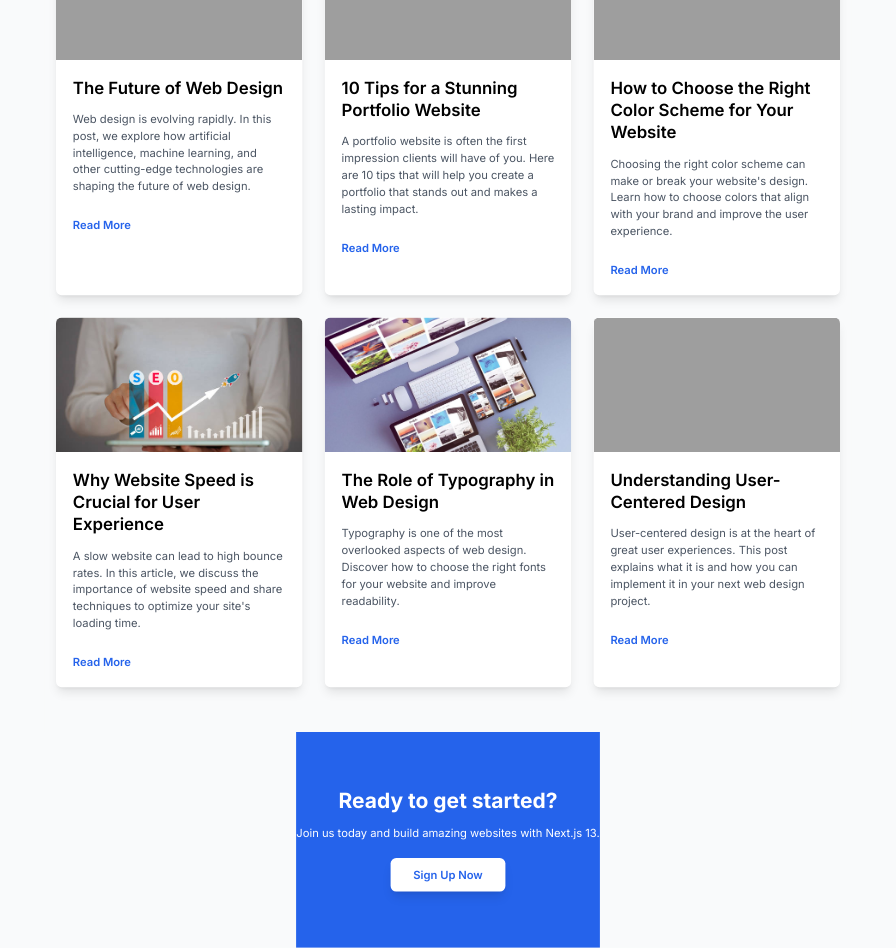
Repository: TheSecretlifeOfX/landing1
Page: /
The author's editor kept a copy of each file at every save. The page is drawn from the files as they stood at one save, then again after the next save.
The browser window is 1280 px wide. The pictures show the part of the page from y = 2814 to 4734 px (the page is 4168 px tall before and 4734 px after), at 70% of full size.
Pictures or frames that could not be fetched are drawn as grey boxes. The project was rebuilt for these pictures with package versions that can differ from the ones it lists, and the page was loaded fresh each time. The framework's server and built-in components were replaced by stand-ins that run in the browser. Also part of the build but not shown: next.config.js.

Above is the page before, as saved 2024-11-14 16:59:09.

### app/layout.tsx
import Link from 'next/link'
import './globals.css'
import type { Metadata } from 'next'
import { Inter } from 'next/font/google'

import Navbar from "@/app/components/Navbar";


const inter = Inter({ subsets: ['latin'] })

export const metadata: Metadata = {
  title: 'Create Next App',
  description: 'Generated by create next app',
}

export default function RootLayout({
  children,
}: {
  children: React.ReactNode
}) {
  return (
    <html lang="en">
      <body className={inter.className}>
      <nav>
        <Navbar />
      </nav>
      {children}</body>
    </html>
  )
}

### app/page.tsx
import HeroSection from "@/app/components/HeroSection";
import FeaturesSection from "@/app/components/FeaturesSection";
import CallToAction from "@/app/components/CallToAction";
import Service from "@/app/components/Service";
import Blog from "@/app/components/Blog";
// app/page.tsx
export default function Home() {
  return (
    <main className="flex flex-col items-center justify-center min-h-screen px-4 bg-gray-50">
      <HeroSection />
      <FeaturesSection />
      <Service />
      <Blog />
      <CallToAction />
    </main>
  );
}

### app/components/Navbar.tsx
// src/components/Navbar.tsx
import React from "react";
import Link from "next/link";
import Image from "next/image";

export default function Navbar() {
  return (
    <nav className="fixed top-0 left-0 w-full bg-gray-800 p-2 text-white shadow-md z-50">
      <div className="container mx-auto flex items-center">
        {/* Logo Section on the Left */}
        <div className="flex items-center mr-10 ml-[-50]">
          <Link href="/">
            <Image
              src="/Images/Logo.png"
              alt="MyBrand Logo"
              width={60}
              height={60}
              className="cursor-pointer"
              priority
            />
          </Link>
        </div>

        {/* Navigation Links Centered */}
        <ul className="flex space-x-4">
          <li>
            <a href="#hero" className="hover:text-gray-400">
              About Me
            </a>
          </li>
          <li>
            <a href="#features" className="hover:text-gray-400">
              Portfolio
            </a>
          </li>
          <li>
            <a href="#service" className="hover:text-gray-400">
              Services
            </a>
          </li>
          <li>
            <a href="#blog" className="hover:text-gray-400">
              Blog
            </a>
          </li>
        </ul>

        {/* "Book A Call" Button on the Right */}
        <ul className="flex items-center ml-auto">
  <li>
    <a
      href="#contact"
      className="flex items-center px-4 py-2 text-white font-semibold rounded-lg hover:bg-gray-700 transition duration-300 underline"
    >
      Book A Call
      <svg
        xmlns="http://www.w3.org/2000/svg"
        viewBox="0 0 24 24"
        fill="none"
        stroke="currentColor"
        strokeWidth="2"
        className="w-5 h-5 ml-2"
      >
        <path
          d="M7 17L17 7M7 7h10v10"
          strokeLinecap="round"
          strokeLinejoin="round"
        />
      </svg>
    </a>
  </li>
</ul>
      </div>
    </nav>
  );
}

### app/components/HeroSection.tsx
// components/HeroSection.tsx
export default function HeroSection() {
  return (
    <section
      id="hero"
      className="w-full py-32 bg-white-600 text-gray-600 flex flex-col items-center justify-center mt-20"
    >
      <h1 className="text-5xl font-bold mb-8">About Me</h1>
      <p className="text-xl mb-12 max-w-3xl text-center">
        I'm a passionate web developer who builds modern, responsive websites with Next.js and other cutting-edge technologies.
      </p>

      {/* About Me Cards */}
      <div className="grid grid-cols-1 sm:grid-cols-2 lg:grid-cols-3 gap-8 px-4">
        {/* Card 1 - Bio */}
        <div className="bg-gray-400 text-black-600 rounded-lg shadow-lg p-6 hover:shadow-xl transition duration-300">
          <h3 className="text-2xl font-semibold mb-4">Bio</h3>
          <p className="text-lg">
            I'm a self-taught developer with a passion for learning and building. With a strong foundation in JavaScript and React, I enjoy turning ideas into functional and beautiful websites.
          </p>
        </div>

        {/* Card 2 - Skills */}
        <div className="bg-gray-400 text-black-600 rounded-lg shadow-lg p-6 hover:shadow-xl transition duration-300">
          <h3 className="text-2xl font-semibold mb-4">Skills</h3>
          <ul className="text-lg list-disc pl-5">
            <li>JavaScript / TypeScript</li>
            <li>React / Next.js</li>
            <li>HTML & CSS</li>
            <li>Node.js</li>
            <li>Tailwind CSS</li>
          </ul>
        </div>

        {/* Card 3 - Experience */}
        <div className="bg-gray-400 text-black-600 rounded-lg shadow-lg p-6 hover:shadow-xl transition duration-300">
          <h3 className="text-2xl font-semibold mb-4">Experience</h3>
          <p className="text-lg">
            Over the past 3 years, I have worked on various web development projects, building both front-end and back-end solutions. My experience spans across freelancing, contributing to open-source, and working in teams.
          </p>
        </div>
      </div>
    </section>
  );
}

### app/components/FeaturesSection.tsx
// components/FeaturesSection.tsx
export default function FeaturesSection() {
  return (
    <section id="features" className="py-16 bg-gray-50">
      <div className="max-w-6xl mx-auto px-4">
        <h2 className="text-3xl font-bold text-center mb-12">My Portfolio</h2>
        <div className="grid grid-cols-1 sm:grid-cols-2 lg:grid-cols-3 gap-8">
          {/* Project 1 */}
          <Project
            title="Project One"
            description="A modern website built with React and Next.js."
            imageSrc="/path/to/image1.jpg"
            link="#"
          />
          {/* Project 2 */}
          <Project
            title="Project Two"
            description="E-commerce site with full payment integration."
            imageSrc="/path/to/image2.jpg"
            link="#"
          />
          {/* Project 3 */}
          <Project
            title="Project Three"
            description="A mobile app interface designed with Flutter."
            imageSrc="/path/to/image3.jpg"
            link="#"
          />
          {/* Project 4 */}
          <Project
            title="Project Four"
            description="A personal blog with SEO optimization and markdown support."
            imageSrc="/path/to/image4.jpg"
            link="#"
          />
          {/* Project 5 */}
          <Project
            title="Project Five"
            description="A portfolio website with smooth animations."
            imageSrc="/path/to/image5.jpg"
            link="#"
          />
          {/* Project 6 */}
          <Project
            title="Project Six"
            description="A social networking app with real-time messaging."
            imageSrc="/path/to/image6.jpg"
            link="#"
          />
        </div>
      </div>
    </section>
  );
}

function Project({
  title,
  description,
  imageSrc,
  link,
}: {
  title: string;
  description: string;
  imageSrc: string;
  link: string;
}) {
  return (
    <div className="bg-white rounded-lg shadow-lg overflow-hidden">
      <img src={imageSrc} alt={title} className="w-full h-48 object-cover" />
      <div className="p-6">
        <h3 className="text-xl font-semibold mb-2">{title}</h3>
        <p className="text-gray-600 mb-4">{description}</p>
        <a
          href={link}
          className=" text-blue-600 hover:text-blue-800 font-semibold flex items-center"
        >
          View Project
          <svg
            xmlns="http://www.w3.org/2000/svg"
            viewBox="0 0 24 24"
            fill="none"
            stroke="currentColor"
            strokeWidth="2"
            className="w-5 h-5 ml-2 transform rotate-45"
          >
            <path
              d="M7 17L17 7M7 7h10v10"
              strokeLinecap="round"
              strokeLinejoin="round"
            />
          </svg>
        </a>
      </div>
    </div>
  );
}

### app/components/CallToAction.tsx
// components/CallToAction.tsx
export default function CallToAction() {
    return (
      <section id="contact" className="py-20 text-center bg-blue-600 text-white">
        <h2 className="text-3xl font-bold mb-4">Ready to get started?</h2>
        <p className="mb-6">Join us today and build amazing websites with Next.js 13.</p>
        <button className="px-8 py-3 bg-white text-blue-600 font-semibold rounded-lg shadow-lg hover:bg-gray-100">
          Sign Up Now
        </button>
      </section>
    );
  }

### app/components/Service.tsx
import React from 'react';

export default function Service() {
  return (
    <section id="service" className="py-16 bg-gray-50">
      <div className="max-w-6xl mx-auto px-4">
        <h2 className="text-3xl font-bold text-center mb-12">Our Web Design Services</h2>
        <div className="grid grid-cols-1 sm:grid-cols-2 lg:grid-cols-3 gap-8">
          {/* Service 1: Custom Web Design */}
          <div className="bg-white rounded-lg shadow-lg p-6 text-center">
            <div className="text-blue-600 mb-4">
              <svg
                xmlns="http://www.w3.org/2000/svg"
                viewBox="0 0 24 24"
                fill="none"
                stroke="currentColor"
                strokeWidth="2"
                className="w-12 h-12 mx-auto"
              >
                <path
                  d="M9 14l3 3l3-3m-3-4v8m6-4v8M3 12v8m18-8H3"
                  strokeLinecap="round"
                  strokeLinejoin="round"
                />
              </svg>
            </div>
            <h3 className="text-2xl font-semibold mb-4">Custom Web Design</h3>
            <p className="text-gray-600">
              We create visually stunning websites tailored to your brand and needs. Our designs are both aesthetic and user-friendly, ensuring a seamless experience for visitors.
            </p>
          </div>

          {/* Service 2: Responsive Web Design */}
          <div className="bg-white rounded-lg shadow-lg p-6 text-center">
            <div className="text-blue-600 mb-4">
              <svg
                xmlns="http://www.w3.org/2000/svg"
                viewBox="0 0 24 24"
                fill="none"
                stroke="currentColor"
                strokeWidth="2"
                className="w-12 h-12 mx-auto"
              >
                <path
                  d="M4 6h16M4 12h16M4 18h16"
                  strokeLinecap="round"
                  strokeLinejoin="round"
                />
              </svg>
            </div>
            <h3 className="text-2xl font-semibold mb-4">Responsive Web Design</h3>
            <p className="text-gray-600">
              We ensure your website is optimized for all devices, providing a smooth browsing experience whether it's on a phone, tablet, or desktop.
            </p>
          </div>

          {/* Service 3: E-commerce Web Design */}
          <div className="bg-white rounded-lg shadow-lg p-6 text-center">
            <div className="text-blue-600 mb-4">
              <svg
                xmlns="http://www.w3.org/2000/svg"
                viewBox="0 0 24 24"
                fill="none"
                stroke="currentColor"
                strokeWidth="2"
                className="w-12 h-12 mx-auto"
              >
                <path
                  d="M3 3h18v18H3V3zM10 7h4v10h-4z"
                  strokeLinecap="round"
                  strokeLinejoin="round"
                />
              </svg>
            </div>
            <h3 className="text-2xl font-semibold mb-4">E-commerce Web Design</h3>
            <p className="text-gray-600">
              Our team specializes in creating intuitive, functional, and secure e-commerce websites that provide a smooth shopping experience for your customers.
            </p>
          </div>

          {/* Service 4: UI/UX Design */}
          <div className="bg-white rounded-lg shadow-lg p-6 text-center">
            <div className="text-blue-600 mb-4">
              <svg
                xmlns="http://www.w3.org/2000/svg"
                viewBox="0 0 24 24"
                fill="none"
                stroke="currentColor"
                strokeWidth="2"
                className="w-12 h-12 mx-auto"
              >
                <path
                  d="M12 2v20m-8-8l8 8l8-8"
                  strokeLinecap="round"
                  strokeLinejoin="round"
                />
              </svg>
            </div>
            <h3 className="text-2xl font-semibold mb-4">UI/UX Design</h3>
            <p className="text-gray-600">
              We focus on user experience and interface design to ensure your website or application is intuitive, easy to navigate, and provides a seamless user experience.
            </p>
          </div>

          {/* Service 5: Website Redesign */}
          <div className="bg-white rounded-lg shadow-lg p-6 text-center">
            <div className="text-blue-600 mb-4">
              <svg
                xmlns="http://www.w3.org/2000/svg"
                viewBox="0 0 24 24"
                fill="none"
                stroke="currentColor"
                strokeWidth="2"
                className="w-12 h-12 mx-auto"
              >
                <path
                  d="M21 10l-7-7l-7 7m7-7v14"
                  strokeLinecap="round"
                  strokeLinejoin="round"
                />
              </svg>
            </div>
            <h3 className="text-2xl font-semibold mb-4">Website Redesign</h3>
            <p className="text-gray-600">
              Give your existing website a fresh new look with a complete redesign. We modernize your site to improve functionality, aesthetics, and overall performance.
            </p>
          </div>

          {/* Service 6: WordPress Web Design */}
          <div className="bg-white rounded-lg shadow-lg p-6 text-center">
            <div className="text-blue-600 mb-4">
              <svg
                xmlns="http://www.w3.org/2000/svg"
                viewBox="0 0 24 24"
                fill="none"
                stroke="currentColor"
                strokeWidth="2"
                className="w-12 h-12 mx-auto"
              >
                <path
                  d="M9 3h6v18H9V3zm-6 9h18"
                  strokeLinecap="round"
                  strokeLinejoin="round"
                />
              </svg>
            </div>
            <h3 className="text-2xl font-semibold mb-4">WordPress Web Design</h3>
            <p className="text-gray-600">
              We create custom WordPress websites that are both easy to manage and visually appealing. Get a fully customized site that reflects your brand’s personality.
            </p>
          </div>
        </div>
      </div>
    </section>
  );
}

### app/components/Blog.tsx
import React from 'react';

export default function Blog() {
  return (
    <section id="blog" className="py-16 bg-gray-50">
      <div className="max-w-6xl mx-auto px-4">
        <h2 className="text-3xl font-bold text-center mb-12">Latest Blog Posts</h2>
        <div className="grid grid-cols-1 sm:grid-cols-2 lg:grid-cols-3 gap-8">
          {/* Blog Post 1 */}
          <div className="bg-white rounded-lg shadow-lg overflow-hidden transform transition-transform hover:scale-105 hover:rotate-3">
            <img src="/path/to/image1.jpg" alt="Blog Image 1" className="w-full h-48 object-cover" />
            <div className="p-6">
              <h3 className="text-2xl font-semibold mb-4">The Future of Web Design</h3>
              <p className="text-gray-600 mb-4">
                Web design is evolving rapidly. In this post, we explore how artificial intelligence, machine learning, and other cutting-edge technologies are shaping the future of web design.
              </p>
              <a
                href="#"
                className="text-blue-600 font-semibold hover:text-blue-800 inline-block mt-4"
              >
                Read More
              </a>
            </div>
          </div>

          {/* Blog Post 2 */}
          <div className="bg-white rounded-lg shadow-lg overflow-hidden transform transition-transform hover:scale-105 hover:rotate-3">
            <img src="/path/to/image2.jpg" alt="Blog Image 2" className="w-full h-48 object-cover" />
            <div className="p-6">
              <h3 className="text-2xl font-semibold mb-4">10 Tips for a Stunning Portfolio Website</h3>
              <p className="text-gray-600 mb-4">
                A portfolio website is often the first impression clients will have of you. Here are 10 tips that will help you create a portfolio that stands out and makes a lasting impact.
              </p>
              <a
                href="#"
                className="text-blue-600 font-semibold hover:text-blue-800 inline-block mt-4"
              >
                Read More
              </a>
            </div>
          </div>

          {/* Blog Post 3 */}
          <div className="bg-white rounded-lg shadow-lg overflow-hidden transform transition-transform hover:scale-105 hover:rotate-3">
            <img src="/path/to/image3.jpg" alt="Blog Image 3" className="w-full h-48 object-cover" />
            <div className="p-6">
              <h3 className="text-2xl font-semibold mb-4">How to Choose the Right Color Scheme for Your Website</h3>
              <p className="text-gray-600 mb-4">
                Choosing the right color scheme can make or break your website's design. Learn how to choose colors that align with your brand and improve the user experience.
              </p>
              <a
                href="#"
                className="text-blue-600 font-semibold hover:text-blue-800 inline-block mt-4"
              >
                Read More
              </a>
            </div>
          </div>

          {/* Blog Post 4 */}
          <div className="bg-white rounded-lg shadow-lg overflow-hidden transform transition-transform hover:scale-105 hover:rotate-3">
            <img src="/path/to/image4.jpg" alt="Blog Image 4" className="w-full h-48 object-cover" />
            <div className="p-6">
              <h3 className="text-2xl font-semibold mb-4">Why Website Speed is Crucial for User Experience</h3>
              <p className="text-gray-600 mb-4">
                A slow website can lead to high bounce rates. In this article, we discuss the importance of website speed and share techniques to optimize your site's loading time.
              </p>
              <a
                href="#"
                className="text-blue-600 font-semibold hover:text-blue-800 inline-block mt-4"
              >
                Read More
              </a>
            </div>
          </div>

          {/* Blog Post 5 */}
          <div className="bg-white rounded-lg shadow-lg overflow-hidden transform transition-transform hover:scale-105 hover:rotate-3">
            <img src="/path/to/image5.jpg" alt="Blog Image 5" className="w-full h-48 object-cover" />
            <div className="p-6">
              <h3 className="text-2xl font-semibold mb-4">The Role of Typography in Web Design</h3>
              <p className="text-gray-600 mb-4">
                Typography is one of the most overlooked aspects of web design. Discover how to choose the right fonts for your website and improve readability.
              </p>
              <a
                href="#"
                className="text-blue-600 font-semibold hover:text-blue-800 inline-block mt-4"
              >
                Read More
              </a>
            </div>
          </div>

          {/* Blog Post 6 */}
          <div className="bg-white rounded-lg shadow-lg overflow-hidden transform transition-transform hover:scale-105 hover:rotate-3">
            <img src="/path/to/image6.jpg" alt="Blog Image 6" className="w-full h-48 object-cover" />
            <div className="p-6">
              <h3 className="text-2xl font-semibold mb-4">Understanding User-Centered Design</h3>
              <p className="text-gray-600 mb-4">
                User-centered design is at the heart of great user experiences. This post explains what it is and how you can implement it in your next web design project.
              </p>
              <a
                href="#"
                className="text-blue-600 font-semibold hover:text-blue-800 inline-block mt-4"
              >
                Read More
              </a>
            </div>
          </div>
        </div>
      </div>
    </section>
  );
}

Loaded but not shown: app/globals.css (common file); tailwind.config.js (common file)

After the next save:
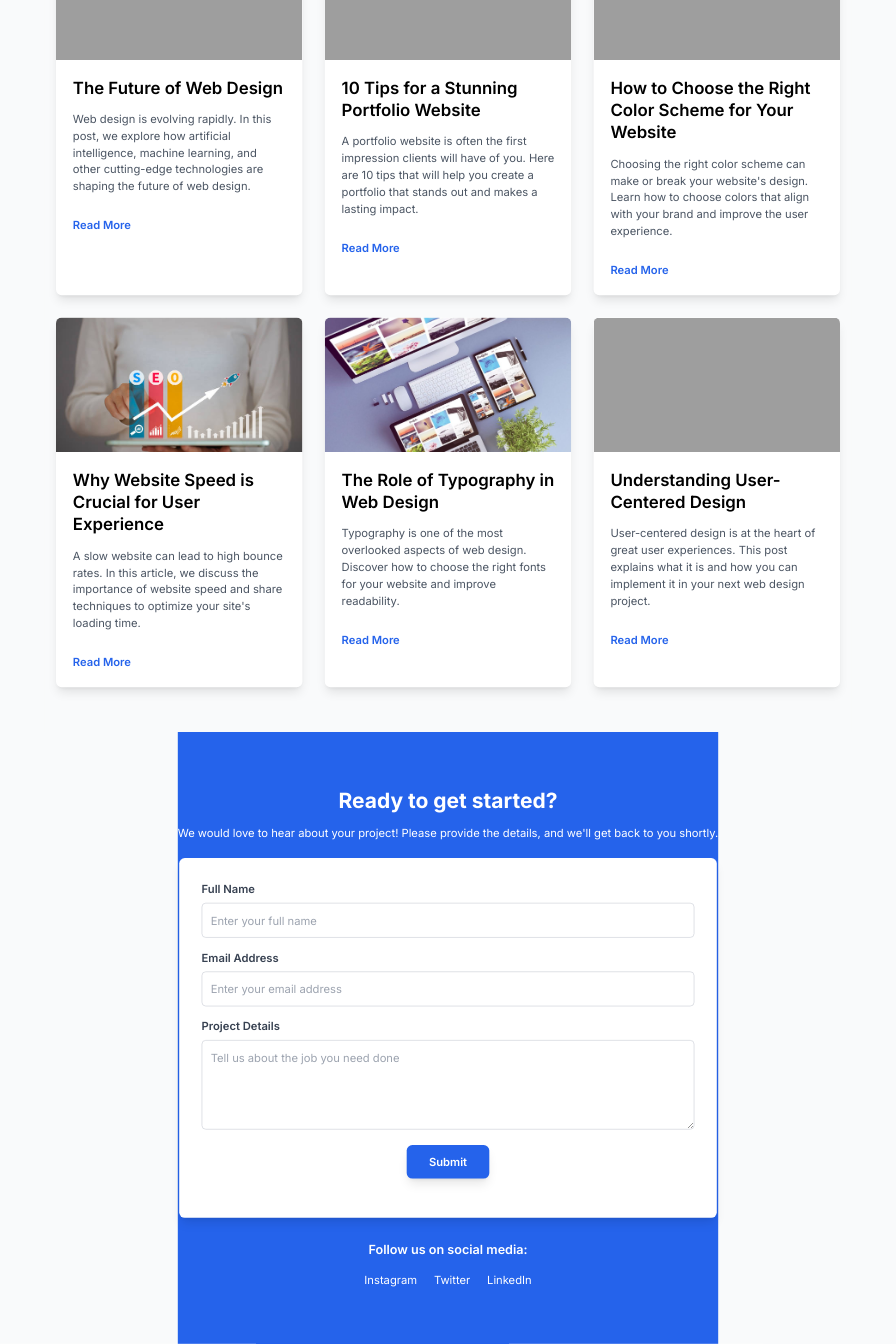
Saved 3 min 29 s later.
--- a/app/components/CallToAction.tsx
+++ b/app/components/CallToAction.tsx
@@ -1,12 +1,85 @@
-// components/CallToAction.tsx
+import React from 'react';
+
 export default function CallToAction() {
-    return (
-      <section id="contact" className="py-20 text-center bg-blue-600 text-white">
-        <h2 className="text-3xl font-bold mb-4">Ready to get started?</h2>
-        <p className="mb-6">Join us today and build amazing websites with Next.js 13.</p>
-        <button className="px-8 py-3 bg-white text-blue-600 font-semibold rounded-lg shadow-lg hover:bg-gray-100">
-          Sign Up Now
-        </button>
-      </section>
-    );
-  }
+  return (
+    <section id="contact" className="py-20 text-center bg-blue-600 text-white">
+      <h2 className="text-3xl font-bold mb-4">Ready to get started?</h2>
+      <p className="mb-6">We would love to hear about your project! Please provide the details, and we'll get back to you shortly.</p>
+
+      {/* Contact Form */}
+      <form className="max-w-3xl mx-auto bg-white p-8 rounded-lg shadow-lg">
+        <div className="mb-4">
+          <label htmlFor="name" className="block text-left text-gray-700 font-semibold mb-2">Full Name</label>
+          <input
+            type="text"
+            id="name"
+            name="name"
+            placeholder="Enter your full name"
+            className="w-full p-3 border border-gray-300 rounded-md"
+            required
+          />
+        </div>
+
+        <div className="mb-4">
+          <label htmlFor="email" className="block text-left text-gray-700 font-semibold mb-2">Email Address</label>
+          <input
+            type="email"
+            id="email"
+            name="email"
+            placeholder="Enter your email address"
+            className="w-full p-3 border border-gray-300 rounded-md"
+            required
+          />
+        </div>
+
+        <div className="mb-4">
+          <label htmlFor="job-details" className="block text-left text-gray-700 font-semibold mb-2">Project Details</label>
+          <textarea
+            id="job-details"
+            name="job-details"
+            placeholder="Tell us about the job you need done"
+            className="w-full p-3 border border-gray-300 rounded-md h-32"
+            required
+          />
+        </div>
+
+        <div className="mb-6">
+          <button type="submit" className="px-8 py-3 bg-blue-600 text-white font-semibold rounded-lg shadow-lg hover:bg-blue-700">
+            Submit
+          </button>
+        </div>
+      </form>
+
+      {/* Social Media Links */}
+      <div className="mt-8">
+        <p className="text-lg font-semibold">Follow us on social media:</p>
+        <div className="flex justify-center space-x-6 mt-4">
+          <a
+            href="https://instagram.com"
+            target="_blank"
+            rel="noopener noreferrer"
+            className="text-white hover:text-gray-200 transition-colors"
+          >
+            Instagram
+          </a>
+          <a
+            href="https://twitter.com"
+            target="_blank"
+            rel="noopener noreferrer"
+            className="text-white hover:text-gray-200 transition-colors"
+          >
+            Twitter
+          </a>
+          <a
+            href="https://linkedin.com"
+            target="_blank"
+            rel="noopener noreferrer"
+            className="text-white hover:text-gray-200 transition-colors"
+          >
+            LinkedIn
+          </a>
+        </div>
+      </div>
+    </section>
+  );
+}
